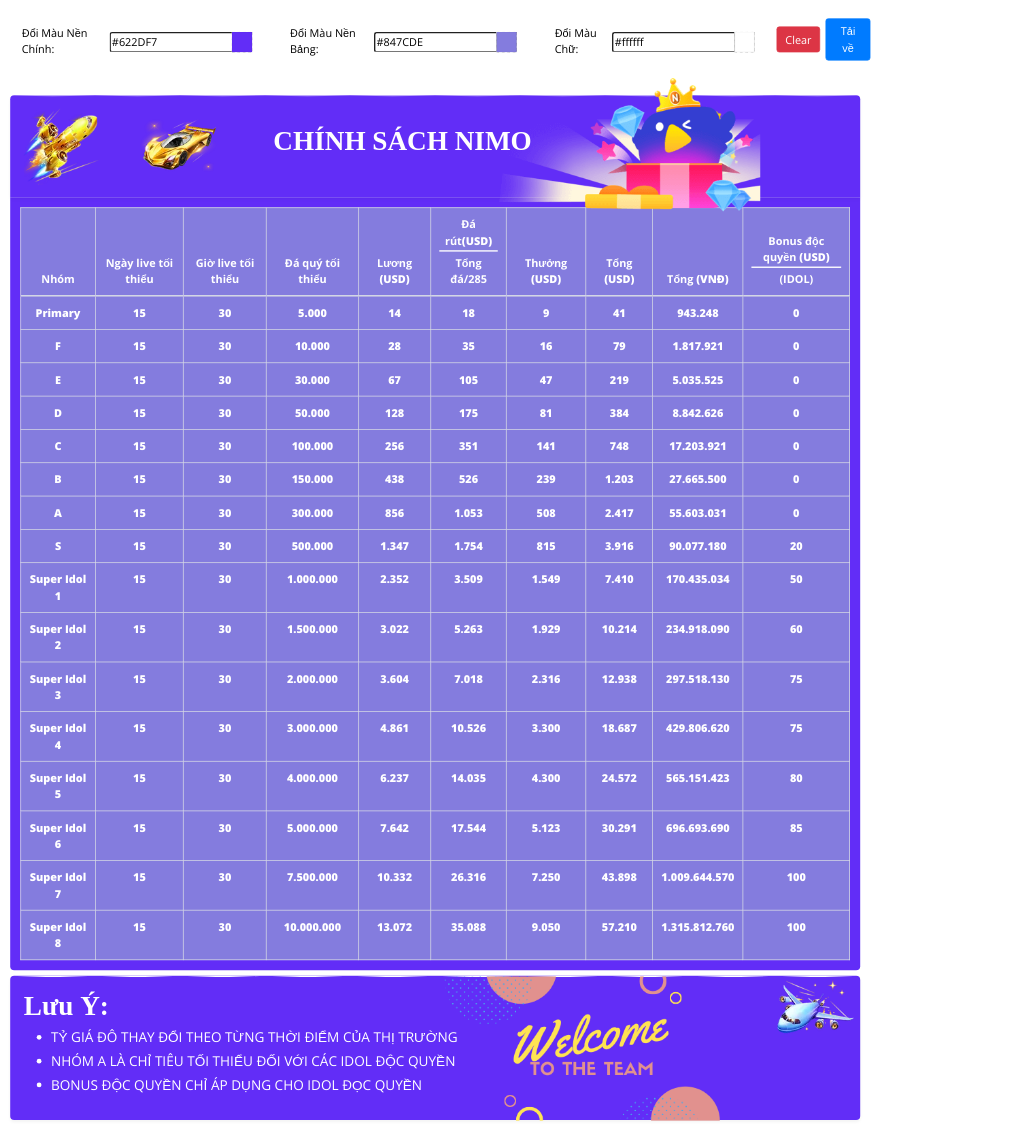
Repository: dav1601/nimo-work
Page: http://localhost/
The author's editor kept a copy of each file at every save. The page is drawn from the files as they stood at one save, then again after a run of saves.
The browser window is 1280 px wide. The page is 1515 px wide, so the pictures cover 1515 px, including what lies to the right of the window. The pictures show the whole page, at 68% of full size.
The page is run by PHP 8.4 with error messages shown; the project is at /var/www/html/.

Above is the page before, as saved 2022-04-15 15:37:14.

After the next 3 saves:
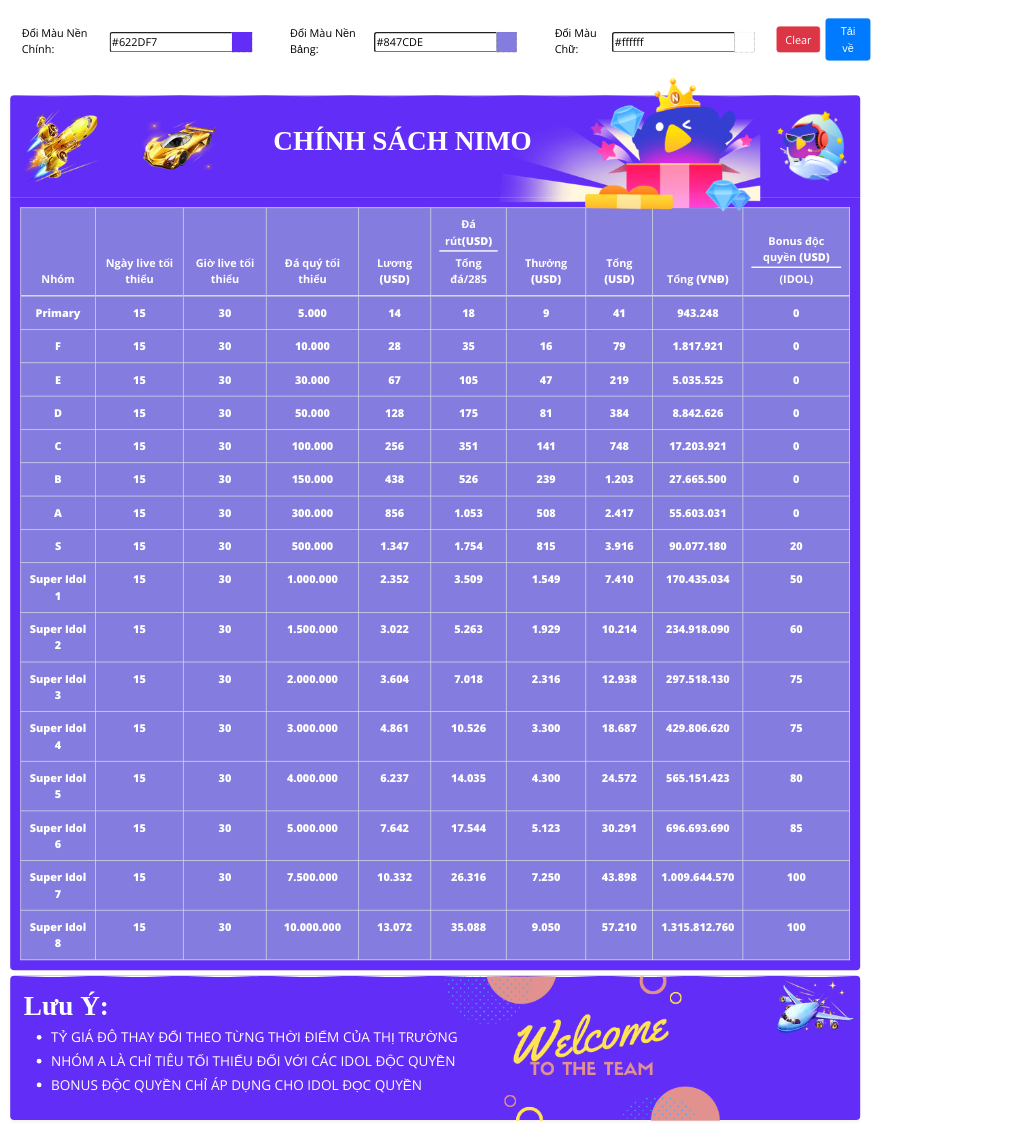
The 3 saves are shown as one change because they came seconds apart.
The last was saved 40 s later.
--- a/index.php
+++ b/index.php
@@ -213,10 +213,15 @@
         }
 
         @media only screen and (max-width: 1366px) {
+
             .img-2,
             .img-6,
             .img-5 {
                 display: none;
+            }
+
+            .img-4 {
+                right: 14px;
             }
 
             .img-3 {
